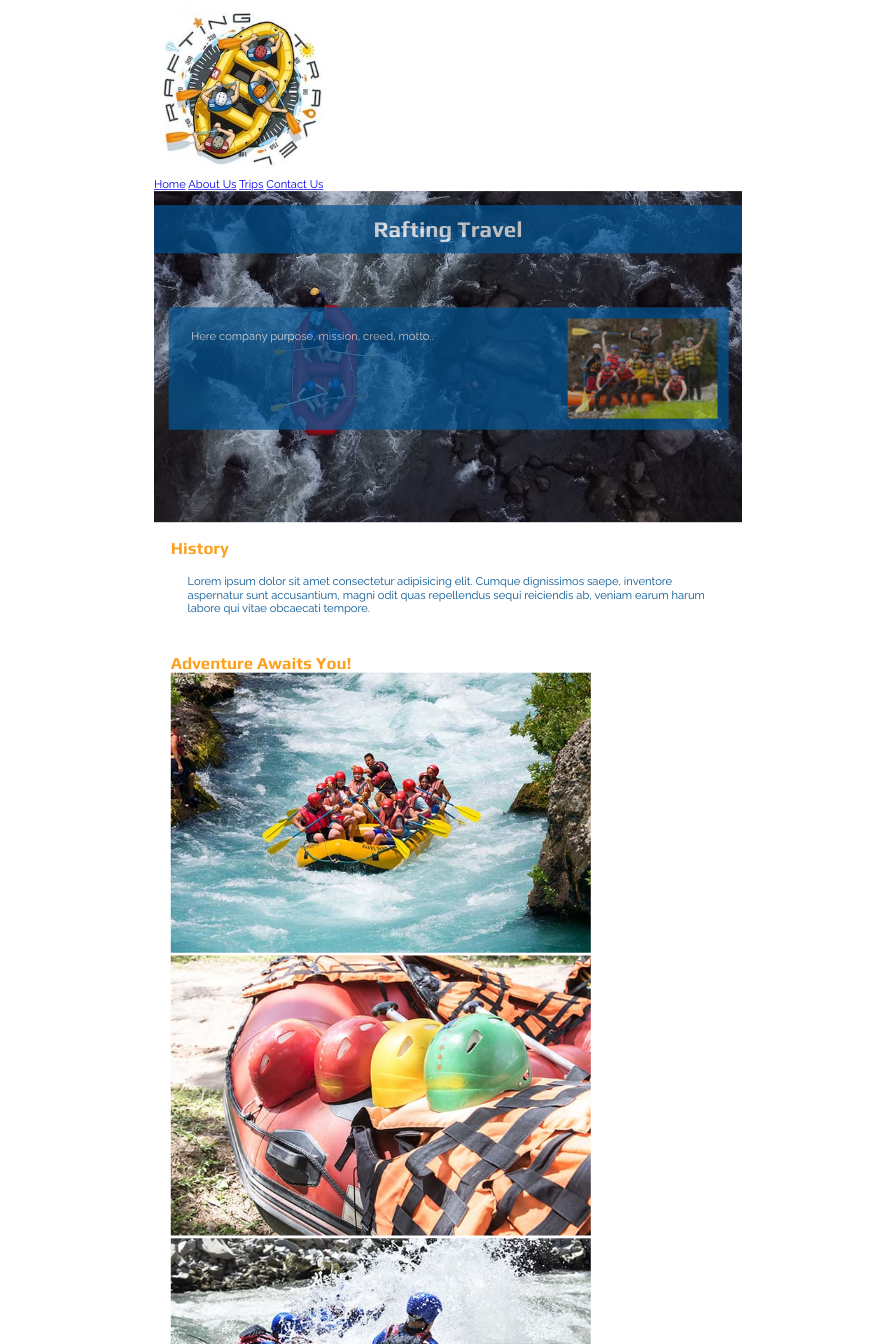
Repository: isaAJ05/wdd130
Page: wwr/about.html
An editor plug-in stored every save of this project. The page is shown before and after a run of saves, followed by the edit.
The browser window is 1280 px wide. The pictures show the part of the page from y = 0 to 1920 px (the page is 3586 px tall before and 3666 px after), at 70% of full size.

Above is the page before, as saved 2025-05-26 16:34:47.

### wwr/about.html
<!DOCTYPE html>
<html lang="en">
<head>
    <meta charset="UTF-8">
    <meta name="viewport" content="width=device-width, initial-scale=1.0">
    <title>Rafting Travel</title>
    <meta name="description" content="Rafting Travel">
    <meta name="author" content="Isabella Arrieta">
    <link rel="stylesheet" href="styles/rafting.css">
    <link rel="preconnect" href="https://fonts.googleapis.com">
    <link rel="preconnect" href="https://fonts.gstatic.com" crossorigin>
    <link href="https://fonts.googleapis.com/css2?family=Play:wght@400;700&family=Raleway:ital,wght@0,100..900;1,100..900&display=swap" rel="stylesheet">
</head>
<body>
    <header>
        <img src ="images/z-raftingcompas.jpg" alt="Rafting Company Logo">
    </header>
    <nav>
        <a href="index.html">Home</a>
        <a href="about.html">About Us</a>
        <a href="trips.html">Trips</a>
        <a href="contact.html">Contact Us</a>
    </nav>
    <main>
        <div class="herodiv">
            <img src="images/rafting16_1024.jpg" alt="Rafting">
            <h1>Rafting Travel</h1>
            <article>
                <img src="images/rafting59_600.jpg" alt="Happy Client">
                <p>Here company purpose, mission, creed, motto..</p>
            </article>
        </div>
        <section>
            <h2>History</h2>
            <p>Lorem ipsum dolor sit amet consectetur adipisicing elit. Cumque dignissimos saepe, inventore aspernatur sunt accusantium, magni odit quas repellendus sequi reiciendis ab, veniam earum harum labore qui vitae obcaecati tempore.</p>
        </section>
        <section>
            <h2>Adventure Awaits You!</h2>
            <img src="images/5.jpg" alt="">
            <img src="images/2.jpg" alt="">
            <img src="images/3.jpg" alt="">
            <img src="images/4.jpg" alt="">
            <img src="images/1.jpg" alt="">
        </section>
    </main>
    <footer>
        <p>©️2025 | Rafting Travel | Isabella Arrieta</p>
        <nav class="socialmedia">
            <a href="https://www.facebook.com/">
                <img src="images/facebook.webp" alt="Facebook" width="30">
            </a>
            <a href="https://www.instagram.com/">
                <img src="images/instagram.webp" alt="Instagram" width="30">
            </a>
            <a href="https://x.com/home">
                <img src="images/x.webp" alt="X" width="30">
            </a>

        </nav>
    </footer>
</body>
</html>

### wwr/styles/rafting.css
:root {
    --primary-color: #FC9F1C;
    --secondary-color: #FFE77C;
    --accent1-color: #025595;
    --accent2-color: #A6DEF6;
    --heading-font: "Play", sans-serif;
    --body-font: "Raleway", sans-serif;
}

header {
    background-color: #fff;
    color: var(--secondary-color);
}
*{
    margin: 0;
    padding: 0;
    box-sizing: border-box;
}
body {
    font-family: var(--body-font);
    color: var(--accent1-color);
}
nav, header, main, footer {
    width: 840px;
    margin: 0 auto;
}
h1, h2{
    font-family: var(--heading-font);
    color: var(--primary-color);
}
p, section, article{
    margin: 16px;
    padding: 8px;
}

.socialmedia a{
    text-decoration: none;
}

.herodiv{
    position: relative;
}

.herodiv img{
    display: block;
    width: 100%;
    height: auto;
}

h1{
    position: absolute;
    top: 20px;
    width: 100%;
    padding: 16px;
    text-align: center;
    opacity: 0.7;
    background-color: var(--accent1-color);
    color: #fff;
}

.herodiv article{
    position: absolute;
    top: 150px;
    left: 5px;
    width: 800px;
    opacity: 0.7;
    background-color: var(--accent1-color);
    color: #fff;
}
.herodiv article img{
    float: right;
    width: 230px;
    padding: 8px;
}

After the next 2 saves:
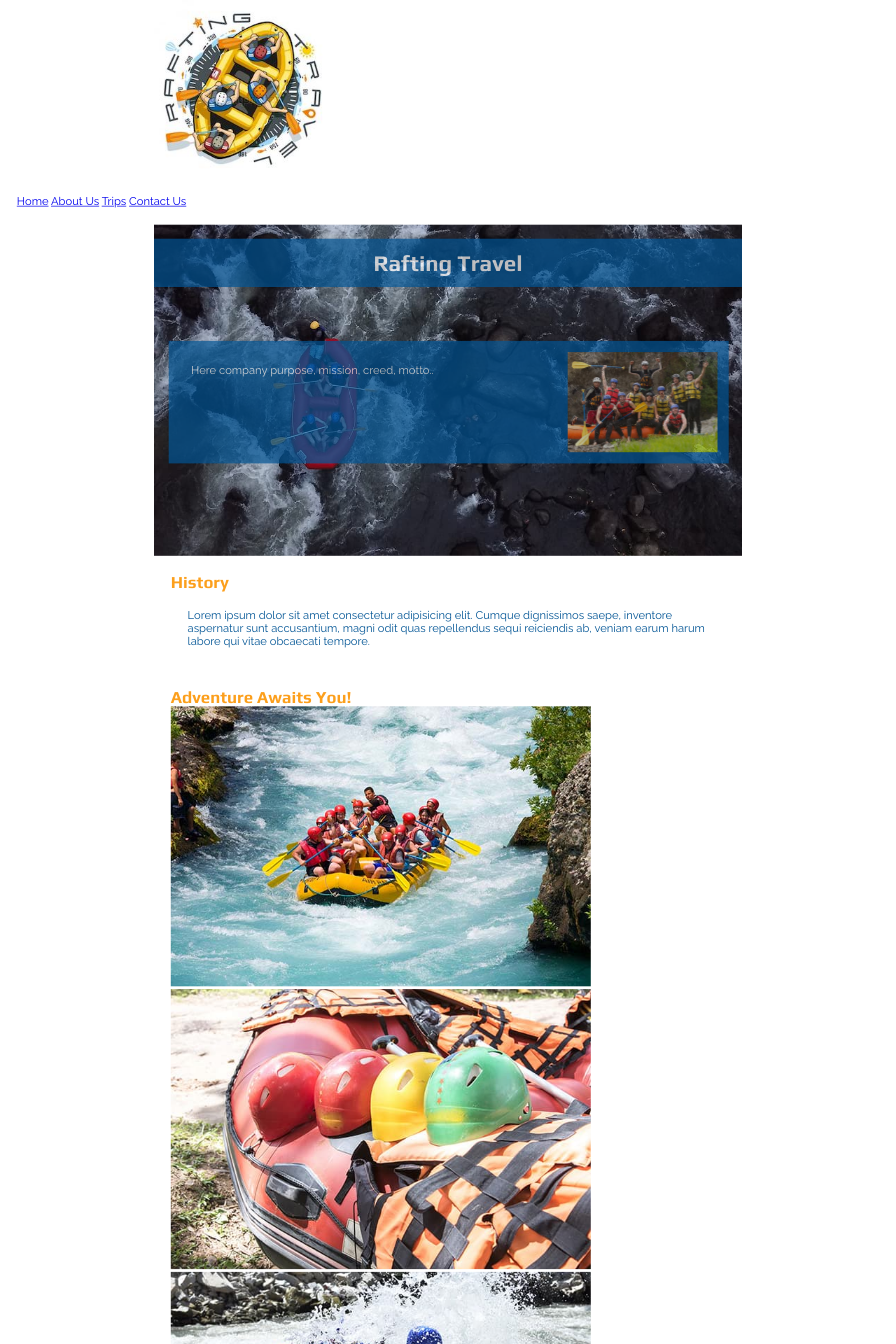
The 2 saves are shown as one change because they came seconds apart.
The last was saved 5 min 11 s later.
--- a/wwr/styles/rafting.css
+++ b/wwr/styles/rafting.css
@@ -20,7 +20,7 @@ body {
     font-family: var(--body-font);
     color: var(--accent1-color);
 }
-nav, header, main, footer {
+ header, main, footer {
     width: 840px;
     margin: 0 auto;
 }
@@ -28,7 +28,7 @@ h1, h2{
     font-family: var(--heading-font);
     color: var(--primary-color);
 }
-p, section, article{
+nav,p, section, article{
     margin: 16px;
     padding: 8px;
 }
